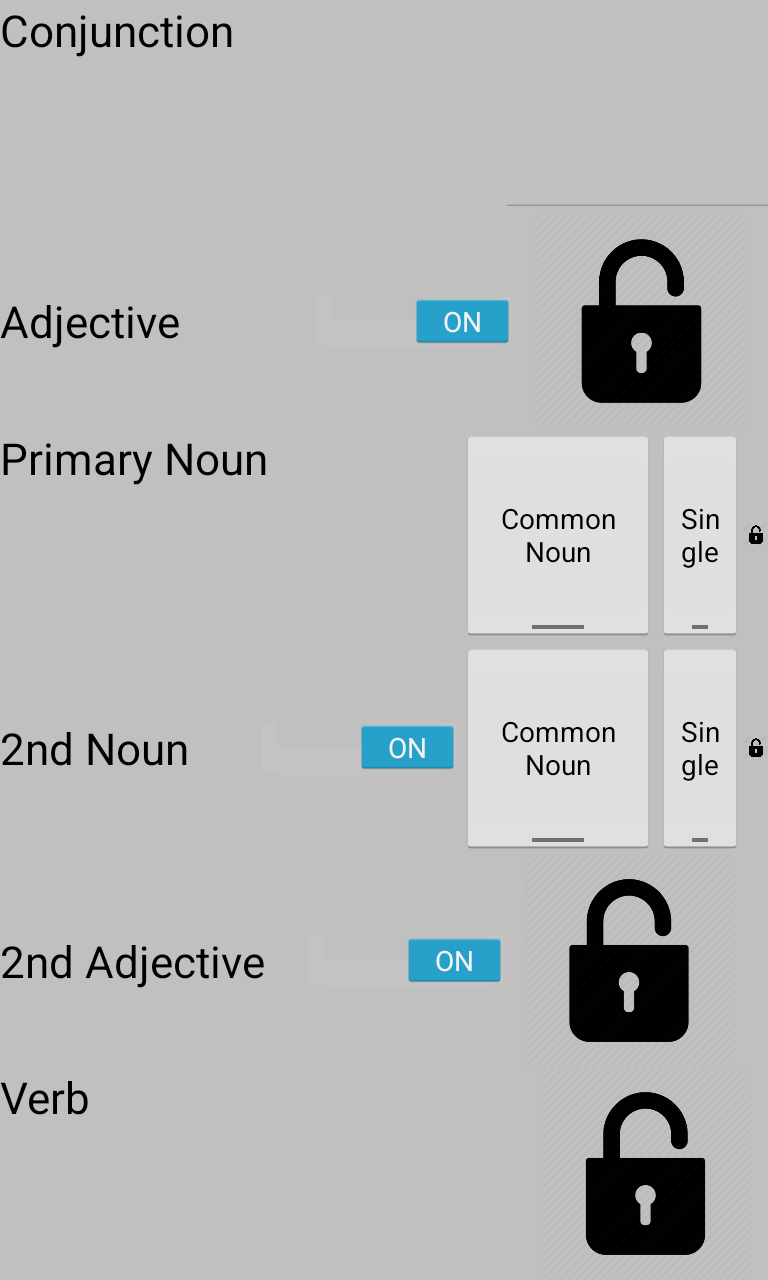
Repository: TheDizzler/TableTopTools
Layout: RPGTools/res/layout/fragment_cause_controls.xml
The author's editor kept a copy of each file at every save. The layout is drawn from the files as they stood at one save, then again after the next save.
It is drawn on a 768 x 1280 px phone screen (xhdpi) without system bars, with theme AppTheme; the app's code is not run.

Above is the layout before, as saved 2017-03-22 09:26:03.

### RPGTools/res/layout/fragment_cause_controls.xml
<?xml version="1.0" encoding="utf-8"?>
<TableLayout xmlns:android="http://schemas.android.com/apk/res/android"
    android:layout_width="match_parent"
    android:layout_height="match_parent"
    android:background="#C0C0C0"
    android:measureWithLargestChild="true"
    android:orientation="vertical"
    android:dividerPadding="10dp"
    android:showDividers="beginning"
    android:weightSum="6" >

    <TableRow
        android:id="@+id/tableRow1_cause"
        android:layout_width="match_parent"
        android:layout_height="wrap_content"
        android:showDividers="beginning"
        android:dividerPadding="10dp"
        android:layout_weight="1">

        <TextView
            android:id="@+id/textView1"
            android:layout_height="match_parent"
            android:layout_width="wrap_content"
            android:layout_span="1"
            android:text="Conjunction"
            android:textAppearance="?android:attr/textAppearanceLarge" />

        <Spinner
            android:id="@+id/spinner_Conjunctions"
            android:layout_width="wrap_content"
            android:layout_height="match_parent"
            android:layout_span="2" />

        <ImageView
            android:id="@+id/lockBtn_conj"
            android:layout_width="32dp"
            android:layout_height="match_parent"
            android:src="@drawable/unlocked"
            android:layout_span="1" />
    </TableRow>

    <TableRow
        android:id="@+id/tableRow2"
        android:layout_width="match_parent"
        android:layout_height="wrap_content"
        android:layout_weight="1"
        android:weightSum="2" >

        <Switch
            android:id="@+id/switch_primaryAdjective"
            android:layout_width="wrap_content"
            android:layout_height="match_parent"
            android:layout_weight="1"
            android:layout_span="1"
            android:checked="true"
            android:text="Adjective"
            android:textAppearance="?android:attr/textAppearanceLarge" />

        <ImageView
            android:id="@+id/lockBtn_primaryAdj"
            android:layout_width="32dp"
            android:layout_height="match_parent"
            android:layout_weight="1"
            android:src="@drawable/unlocked"
            android:layout_span="1" />
    </TableRow>

    <TableRow
        android:id="@+id/tableRow3"
        android:layout_width="match_parent"
        android:layout_height="wrap_content"
        android:layout_weight="1"
        android:weightSum="4" >

        <TextView
            android:id="@+id/textView3"
            android:layout_width="wrap_content"
            android:layout_height="match_parent"
            android:layout_weight="1"
            android:layout_span="1"
            android:text="Primary Noun"
            android:textAppearance="?android:attr/textAppearanceLarge" />

        <ToggleButton
            android:id="@+id/toggleBtn_primaryNounProper"
            android:layout_width="wrap_content"
            android:layout_height="match_parent"
            android:layout_weight="1"
            android:layout_span="1"
            android:textOff="Common Noun"
            android:textOn="Proper Noun" />

        <ToggleButton
            android:id="@+id/toggleBtn_primaryNounPlural"
            android:layout_width="wrap_content"
            android:layout_height="match_parent"
            android:layout_weight="1"
            android:layout_span="1"
            android:textOff="Single"
            android:textOn="Plural" />

        <ImageView
            android:id="@+id/lockBtn_primaryNoun"
            android:layout_width="32dp"
            android:layout_height="match_parent"
            android:layout_weight="1"
            android:layout_span="1"
            android:src="@drawable/unlocked" />
    </TableRow>

    <TableRow
        android:id="@+id/tableRow4"
        android:layout_width="match_parent"
        android:layout_height="wrap_content"
        android:layout_weight="1"
        android:weightSum="4" >

        <Switch
            android:id="@+id/switch_secondaryNoun"
            android:layout_width="wrap_content"
            android:layout_height="match_parent"
            android:layout_weight="1"
            android:layout_span="1"
            android:checked="true"
            android:text="2nd Noun"
            android:textAppearance="?android:attr/textAppearanceLarge" />

        <ToggleButton
            android:id="@+id/toggleBtn_secondaryNounProper"
            android:layout_width="wrap_content"
            android:layout_height="match_parent"
            android:layout_weight="1"
            android:layout_span="1"
            android:textOff="Common Noun"
            android:textOn="Proper Noun" />

        <ToggleButton
            android:id="@+id/toggleBtn_secondaryNounPlural"
            android:layout_width="wrap_content"
            android:layout_height="match_parent"
            android:layout_weight="1"
            android:layout_span="1"
            android:textOff="Single"
            android:textOn="Plural" />

        <ImageView
            android:id="@+id/lockBtn_secondaryNoun"
            android:layout_width="32dp"
            android:layout_height="match_parent"
            android:layout_weight="1"
            android:layout_span="1"
            android:src="@drawable/unlocked" />
    </TableRow>

    <TableRow
        android:id="@+id/tableRow5"
        android:layout_width="match_parent"
        android:layout_height="wrap_content"
        android:layout_weight="1"
        android:weightSum="4" >

        <Switch
            android:id="@+id/switch_secondaryAdjective"
            android:layout_width="wrap_content"
            android:layout_height="match_parent"
            android:layout_weight="1"
            android:layout_span="1"
            android:checked="true"
            android:text="2nd Adjective"
            android:textAppearance="?android:attr/textAppearanceLarge" />

        <ImageView
            android:id="@+id/lockBtn_secondaryAdjective"
            android:layout_width="32dp"
            android:layout_height="match_parent"
            android:layout_weight="1"
            android:layout_span="1"
            android:src="@drawable/unlocked" />
    </TableRow>

    <TableRow
        android:id="@+id/tableRow6"
        android:layout_width="match_parent"
        android:layout_height="wrap_content"
        android:layout_weight="1"
        android:weightSum="4" >

        <TextView
            android:id="@+id/textView_causeVerb"
            android:layout_width="wrap_content"
            android:layout_height="match_parent"
            android:text="Verb"
            android:layout_weight="3"
            android:textAppearance="?android:attr/textAppearanceLarge" />

        <ImageView
            android:id="@+id/lockBtn_causeVerb"
            android:layout_width="32dp"
            android:layout_height="match_parent"
            android:layout_weight="1"
            android:src="@drawable/unlocked" />
    </TableRow>

</TableLayout>

Loaded but not shown: RPGTools/res/values/styles.xml (common file); RPGTools/res/values-v11/styles.xml (common file); RPGTools/res/values-v14/styles.xml (common file)

After the next save:
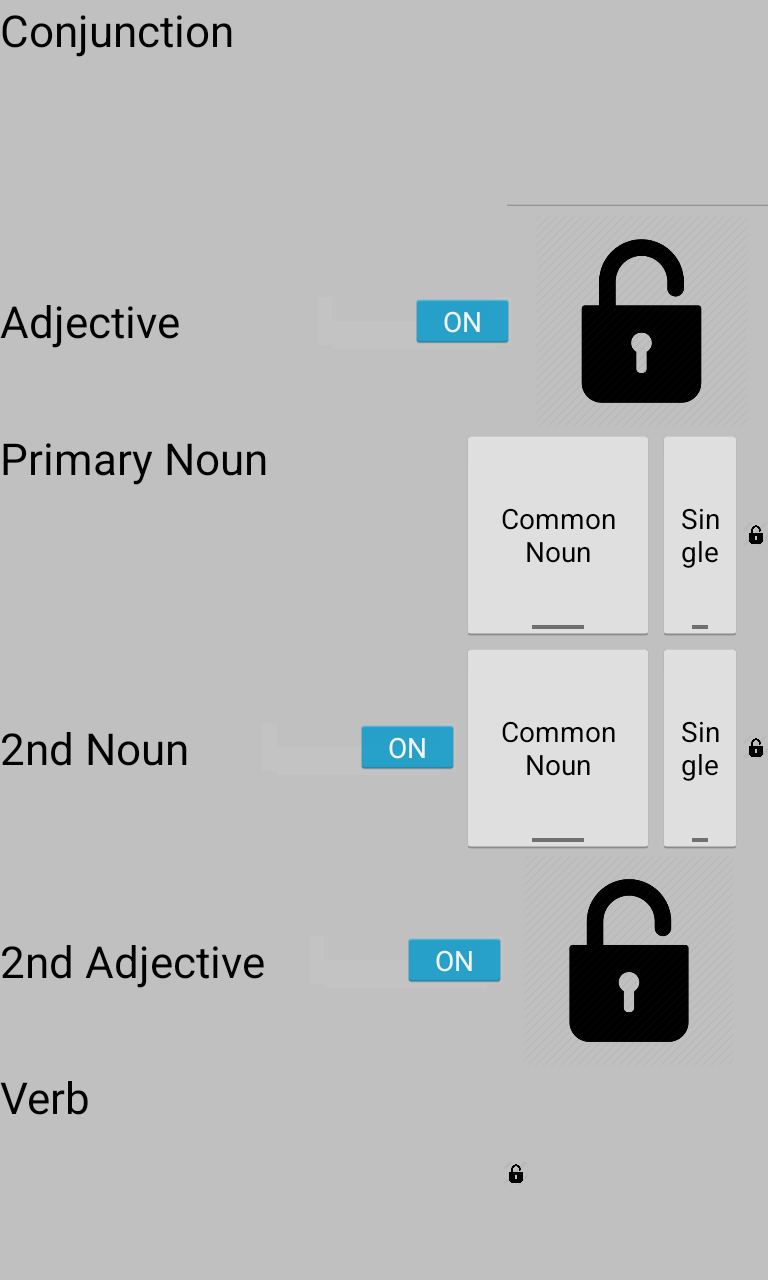
Saved 13 s later.
--- a/RPGTools/res/layout/fragment_cause_controls.xml
+++ b/RPGTools/res/layout/fragment_cause_controls.xml
@@ -191,6 +191,7 @@
             android:layout_height="match_parent"
             android:text="Verb"
             android:layout_weight="3"
+            android:layout_span="3"
             android:textAppearance="?android:attr/textAppearanceLarge" />
 
         <ImageView
@@ -198,6 +199,7 @@
             android:layout_width="32dp"
             android:layout_height="match_parent"
             android:layout_weight="1"
+            android:layout_span="1"
             android:src="@drawable/unlocked" />
     </TableRow>
 
